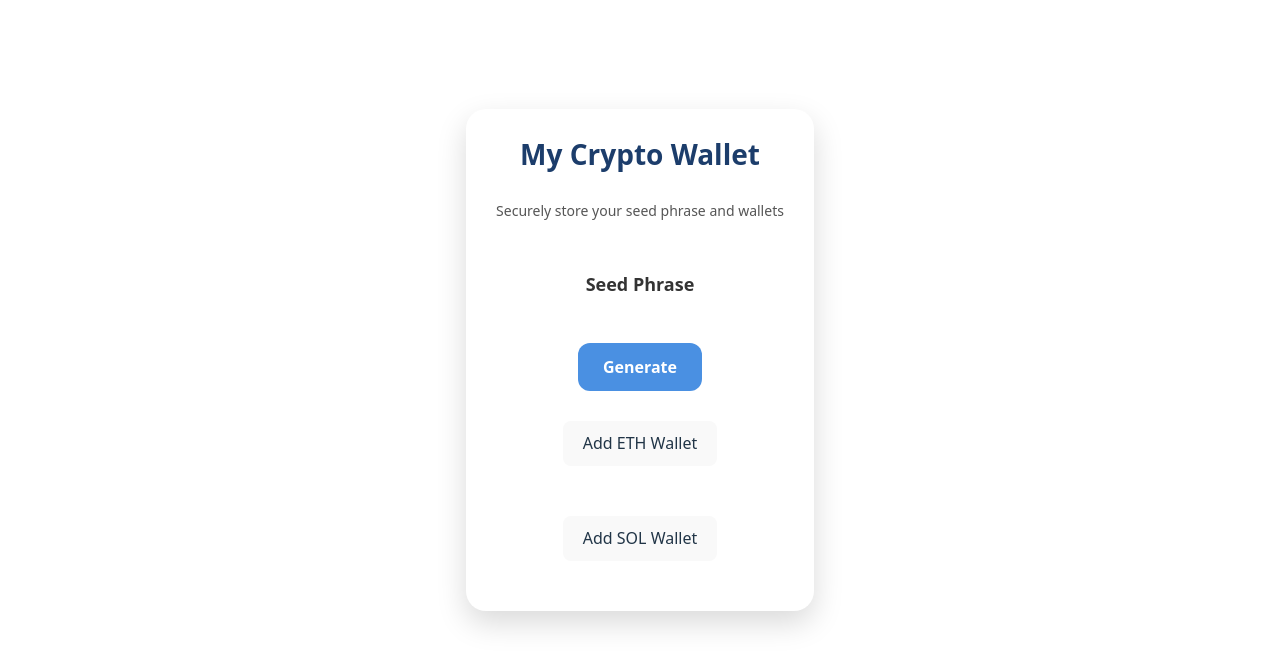
Repository: nishantsingh02/web-based-wallet-web-3
Page: /
These files come from the project's save history. The page is drawn as it stood at one moment and after the next save; the edit follows.
The browser window is 1280 px wide. The pictures show the whole page.
The project was rebuilt for these pictures with package versions that can differ from the ones it lists, and the page was loaded fresh each time. Also part of the build but not shown: vite.config.ts.

Above is the page before, as saved 2025-10-07 01:53:44.

### index.html
<!doctype html>
<html lang="en">
  <head>
    <meta charset="UTF-8" />
    <link rel="icon" type="image/svg+xml" href="/vite.svg" />
    <meta name="viewport" content="width=device-width, initial-scale=1.0" />
    <title>web-wallet</title>
  </head>
  <body>
    <div id="root"></div>
    <script type="module" src="/src/main.tsx"></script>
  </body>
</html>

### src/App.tsx
import { useState } from "react";
import { generateMnemonic } from "bip39";

import "./App.css";
import ETH_wallet from "./components/ETH_wallet";
import SOL_wallet from "./components/SOL_wallet";

function App() {

  const [mnemonic, setMnemonic] = useState(() => {
    return localStorage.getItem("mnemonic") || "";
  });

  // const [mnemonic, setMnemonic] = useState("");

  const words = mnemonic ? mnemonic.split(" ") : [];

  const handleGenrate = () => {
    if(mnemonic) {
      alert("Seed phrase already generated! Save it securely.");
      return;
    }
    const mn = generateMnemonic();
    setMnemonic(mn);
    localStorage.setItem("mnemonic", mn);
  }

  return (
    <div className="">
      <div className="wallet-card">
        {/* Header */}
        <h1 className="wallet-title">My Crypto Wallet</h1>
        <p className="wallet-subtitle">Securely store your seed phrase and wallets</p>

        {/* Seed Phrase Section */}
        <div className="seed-section">
          <h2 className="section-title">Seed Phrase</h2>
          <div className="mnemonic-container">
            {words.map((word, index) => (
              <div key={index} className="mnemonic-box">
                {word}
              </div>
            ))}
          </div>
          <button
            className="generate-btn"
            onClick={handleGenrate}
            disabled={!!mnemonic}
          >
            {mnemonic? "Seed Phrase Generated" : "Generate"}
          </button>
        </div>

        {/* ETH Wallet Section */}
        <ETH_wallet mnemonic={mnemonic} />

              {/* SOL Wallet Section */}
        <SOL_wallet mnemonic= {mnemonic} />
      </div>

    </div>
  );
}

export default App;

### src/App.css
@import "tailwindcss";

#root {
  max-width: 1280px;
  margin: 0 auto;
  padding: 2rem;
  text-align: center;
}

/* App container */
.app-container {
  min-height: 100vh;
  display: flex;
  justify-content: center;
  align-items: flex-start;
  background-color: #f0f2f5;
  padding: 40px;
  font-family: 'Segoe UI', Tahoma, Geneva, Verdana, sans-serif;
}

/* Wallet Card */
.wallet-card {
  background-color: #ffffff;
  padding: 30px;
  border-radius: 20px;
  box-shadow: 0 12px 30px rgba(0,0,0,0.15);
  max-width: 800px;
  width: 100%;
  display: flex;
  flex-direction: column;
  gap: 30px;
}

/* Titles */
.wallet-title {
  text-align: center;
  font-size: 28px;
  font-weight: bold;
  color: #1c3d6b;
}

.wallet-subtitle {
  text-align: center;
  font-size: 14px;
  color: #555;
  margin-bottom: 20px;
}

/* Seed Phrase */
.seed-section {
  display: flex;
  flex-direction: column;
  align-items: center;
  gap: 15px;
}

.section-title {
  font-size: 18px;
  font-weight: 600;
  color: #333;
}

.mnemonic-container {
  display: flex;
  flex-wrap: wrap;
  justify-content: center;
  gap: 10px;
}

.mnemonic-box {
  background-color: #e0f0ff;
  padding: 10px 15px;
  border-radius: 8px;
  font-weight: 600;
  color: #1a1a1a;
  box-shadow: 0 3px 6px rgba(0,0,0,0.1);
  transition: transform 0.2s, box-shadow 0.2s;
  cursor: default;
}

.mnemonic-box:hover {
  transform: translateY(-3px);
  box-shadow: 0 6px 12px rgba(0,0,0,0.15);
}

/* Button */
.generate-btn {
  margin-top: 15px;
  padding: 12px 25px;
  background-color: #4a90e2;
  color: #fff;
  border: none;
  border-radius: 12px;
  font-weight: bold;
  cursor: pointer;
  transition: background-color 0.3s, transform 0.2s;
}

.generate-btn:hover {
  background-color: #1c6ed0;
  transform: translateY(-2px);
}


.addresses-container {
  display: flex;
  flex-wrap: wrap;
  gap: 15px;
  justify-content: center;
  margin-top: 20px;
}

.address-card {
  padding: 12px 20px;
  border-radius: 12px;
  border: 2px solid #4a90e2;
  background: linear-gradient(135deg, #e0f0ff, #c0e0ff);
  color: #1a1a1a;
  font-weight: 600;
  min-width: 250px;
  text-align: center;
  box-shadow: 0 4px 10px rgba(0, 0, 0, 0.1);
  cursor: pointer;

  /* animation */
  transform: translateY(-20px);
  opacity: 0;
  animation: slideIn 0.5s forwards;
  animation-delay: calc(var(--idx) * 0.1s); /* stagger effect */
}

.address-card:hover {
  background: linear-gradient(135deg, #4a90e2, #1c6ed0);
  color: white;
  transform: scale(1.05);
  transition: all 0.3s ease;
}

.balance {
  font-weight: 700;
  color: #0d47a1;
}

/* slide-in animation */
@keyframes slideIn {
  to {
    transform: translateY(0);
    opacity: 1;
  }
}


.container {
  text-align: center;
  margin-top: 40px;
}

.mnemonic-boxes {
  display: flex;
  flex-wrap: wrap;
  justify-content: center;
  gap: 10px;
  margin: 20px 0;
}

.word-box {
  padding: 10px 14px;
  border: 2px solid #4a90e2;
  border-radius: 10px;
  font-weight: 600;
  background-color: #f5f8ff;
  color: #333;
  transition: 0.2s;
}

.word-box:hover {
  background-color: #4a90e2;
  color: white;
}


.logo {
  height: 6em;
  padding: 1.5em;
  will-change: filter;
  transition: filter 300ms;
}
.logo:hover {
  filter: drop-shadow(0 0 2em #646cffaa);
}
.logo.react:hover {
  filter: drop-shadow(0 0 2em #61dafbaa);
}

@keyframes logo-spin {
  from {
    transform: rotate(0deg);
  }
  to {
    transform: rotate(360deg);
  }
}

@media (prefers-reduced-motion: no-preference) {
  a:nth-of-type(2) .logo {
    animation: logo-spin infinite 20s linear;
  }
}

.card {
  padding: 2em;
}

.read-the-docs {
  color: #888;
}

### src/components/ETH_wallet.tsx
import { mnemonicToSeed } from "bip39";
import { Wallet, HDNodeWallet } from "ethers";
import { useState } from "react";

interface ETHWalletProps {
    mnemonic: string
}

function ETH_wallet({ mnemonic }: ETHWalletProps) {
  const [currentIndex, setCurrentIndex] = useState(0);
  const [addresses, setAddresses] = useState<string[]>([]);

  return (
    <div>
      <button
        onClick={async () => {
          const seed = await mnemonicToSeed(mnemonic); // convert words → seed bytes
          const derivationPath = `m/44'/60'/${currentIndex}/0`;
          const hdNode = HDNodeWallet.fromSeed(seed); // create master wallet
          const child = hdNode.derivePath(derivationPath); // specific account
          const privateKey: string = child.privateKey;
          const wallet = new Wallet(privateKey);
          setCurrentIndex(currentIndex + 1);
          setAddresses([...addresses, wallet.address]);
        }}
      >
        Add ETH Wallet
      </button>

        {/* render the public keys keys  */}
      <div className="addresses-container">
        {addresses.map((addr, idx) => (
          <div key={idx} className="address-card">
            <span>ETH - {addr}</span>

          </div>
        ))}
      </div>

    </div>
  );
}

export default ETH_wallet;

### src/components/SOL_wallet.tsx
import { useState } from "react";
import { mnemonicToSeed } from "bip39";
import { derivePath } from "ed25519-hd-key";
import nacl from "tweetnacl";
import { Keypair, PublicKey } from "@solana/web3.js";

interface SOLWalletProps {
  mnemonic: string;
}

function SOL_wallet({ mnemonic }: SOLWalletProps) {
  const [currentIndex, setCurrentIndex] = useState(0);
  const [publicKeys, setPublicKeys] = useState<PublicKey[]>([]);

  return (
    <div>
      <button
        onClick={async () => {
          const seed = await mnemonicToSeed(mnemonic);
          const path = `m/44'/501'/${currentIndex}'`;
          const derivedSeed = derivePath(path, seed.toString("hex")).key;
          console.log(derivedSeed);
          const secret = nacl.sign.keyPair.fromSeed(derivedSeed).secretKey; // genrate the public and private key pair where we only select .secretKey that is a private key
          const keypair = Keypair.fromSecretKey(secret); // this can genrate kepair object that contain .publicKey and .secretkey
          setCurrentIndex(currentIndex + 1);
          setPublicKeys([...publicKeys, keypair.publicKey]);
        }}
      >
        Add SOL Wallet
      </button>

         {/* render the public keys keys  */}
      <div className="addresses-container" >
        {publicKeys.map((p, idx) => (
          <div key ={idx} className="address-card" >SOL - {p.toBase58()}</div>
        ))}
      </div>
    </div>
  );
}

export default SOL_wallet;

Loaded but not shown: src/main.tsx (common file); src/index.css (common file)

After the next save:
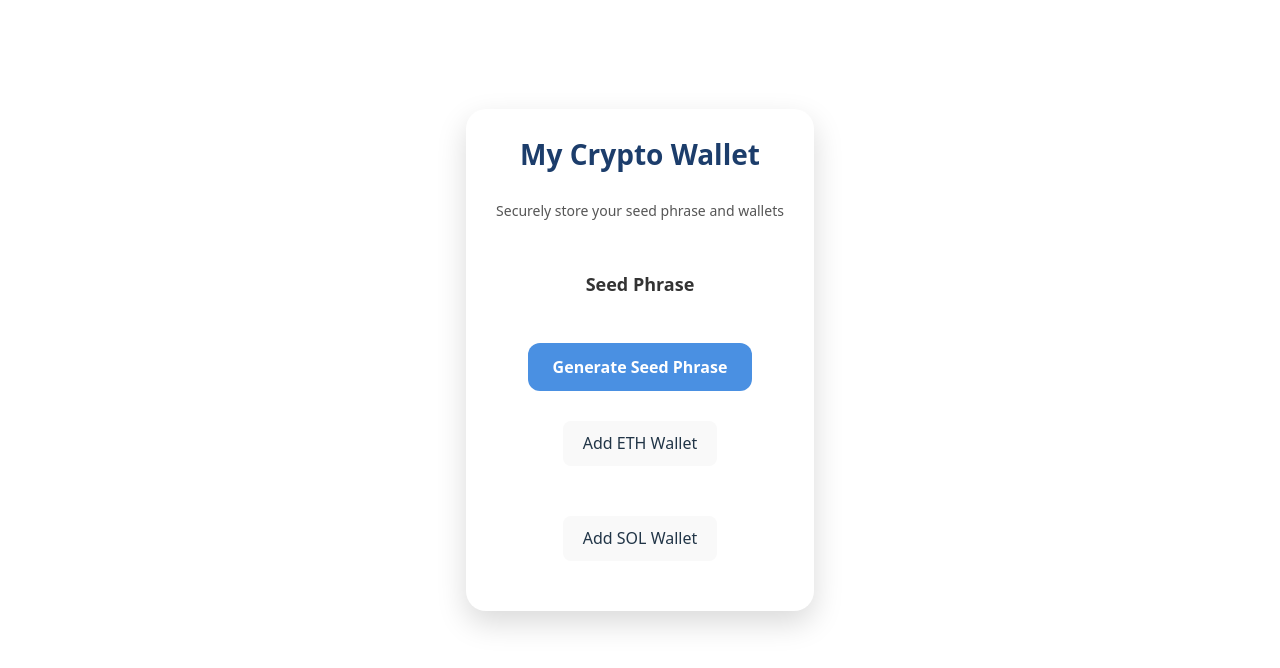
Saved 6 s later.
--- a/src/App.tsx
+++ b/src/App.tsx
@@ -47,7 +47,7 @@ function App() {
             onClick={handleGenrate}
             disabled={!!mnemonic}
           >
-            {mnemonic? "Seed Phrase Generated" : "Generate"}
+            {mnemonic? "Seed Phrase Generated" : "Generate Seed Phrase"}
           </button>
         </div>
 
